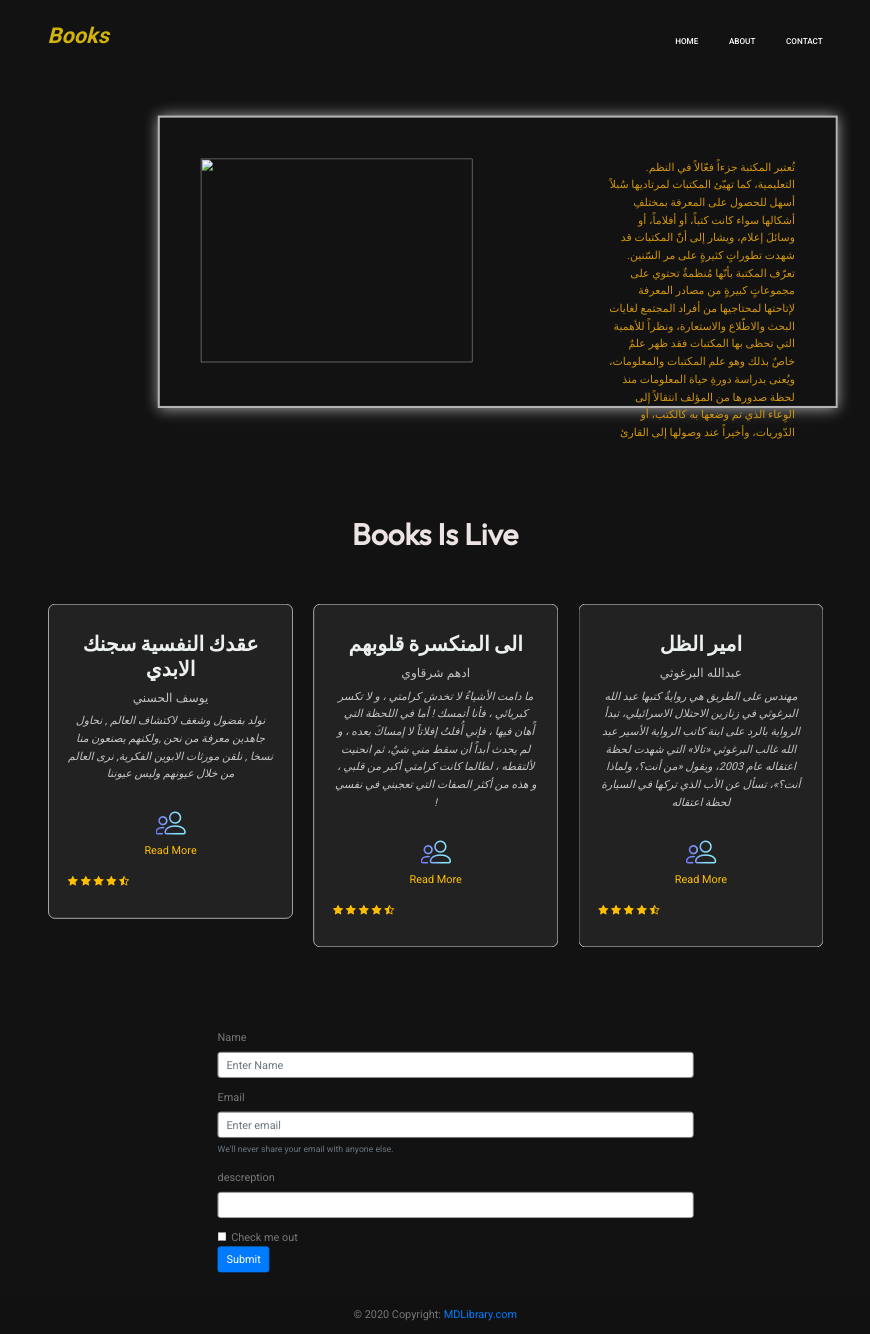
Repository: AlaaBashirSaijary/Library
Page: resources/views/pages/home.blade.php
An editor plug-in stored every save of this project. The page is shown before and after the next save, followed by the edit.
The browser window is 1280 px wide. The pictures show the whole page, at 68% of full size.
Some web fonts or font styles are not loaded; a fallback is used. The page is served by the project's Laravel application, run on PHP 8.4 with Laravel 10. Other server files are loaded and not shown. The template is opened directly, without the code that normally fills it, so the values that code supplies are empty.

Above is the page before, as saved 2023-12-26 11:16:53.

### routes/web.php
<?php

use Illuminate\Support\Facades\Route;
use App\Http\Controllers\CategoryController;
/*
|--------------------------------------------------------------------------
| Web Routes
|--------------------------------------------------------------------------
|
| Here is where you can register web routes for your application. These
| routes are loaded by the RouteServiceProvider and all of them will
| be assigned to the "web" middleware group. Make something great!
|
*/

Route::get('/', function () {
    return view('welcome');
});
Route::get('/home', function () {
    return view('pages.home');
});


Route::get(
    '/cat',
    [CategoryController::class, 'index']
);

### resources/views/pages/home.blade.php
@extends("master.app")

@section("content")
<br><br><br><br><br>
<section style=" padding: 40px; margin-left: 15%; " >
    <div style="border: rgb(182, 180, 180) solid; width: 1000px; height: 430px; display: flex; padding: 60px;  box-shadow: 1px 1px 20px rgb(171, 168, 168);">
      <img src="/Responsive-Portfolio-master/img/janko-ferlic-sfL_QOnmy00-unsplash.jpg" alt=""  height = "300px" width="400px" >
       <div style="height: 200px; width: 300px; margin-left: 200px; text-align: right;">
          <p style="color: rgb(209, 150, 11);" >.تُعتبر المكتبة جزءاً فعّالاً في النظم التعليمية، كما تهيّئ المكتبات لمرتاديها سُبلاً أسهل للحصول على المعرفة بمختلفِ أشكالها سواء كانت كتباً، أو أفلاماً، أو وسائلَ إعلام، ويشار إلى أنّ المكتبات قد شهدت تطوراتٍ كثيرةٍ على مر السّنين. تعرّف المكتبة بأنّها مُنظمةٌ تحتوي على مجموعاتٍ كبيرةٍ من مصادر المعرفة لإتاحتها لمحتاجيها من أفراد المجتمع لغايات البحث والاطّلاع والاستعارة، ونظراً للأهمية التي تحظى بها المكتبات فقد ظهر علمٌ خاصٌ بذلك وهو علم المكتبات والمعلومات، ويُعنى بدراسة دورةِ حياة المعلومات منذ لحظة صدورها من المؤلف انتقالاً إلى الوِعاء الذي تم وضعها به كالكتب، أو الدّوريات، وأخيراً عند وصولها إلى القارئ</p>

        </div>
    </div>
</section>


<!--================Testimonials Area =================-->
<div id="a"></div>
<section class="testimonials_area p_120">
    <div class="container">

        <div class="main_title">
             <h1> Books is live  </h1>

        </div>
         <div class="testi_inner">
            <div class="testi_slider owl-carousel">
                <div class="item">
                    <div class="testi_item">
                        <h3>اربعون 40</h3>  <h4>احمد الشقيري</h4>  <p><br> الله لا يريد منا الكمال،، ولكنه يريد منا السعي المستمر نحوه.
                             ألخص في هذا الكتاب رحلتي عبر ٤٠ عاما في هذه الدنيا. رحلة الصراع ومحاولة الترقي المستمر بحثاً عن السلام الداخلي. لا أدّعي أني وصلت.فالمشوار ما زال طويل .</p>


                                <div class="wel_item1">
                                    <i class="lnr lnr-users"></i>
                                    <br>
                                    <a href="/40.html">Read More</a>
                                </div>
                        <a href="#"><i class="fa fa-star"></i></a>
                        <a href="#"><i class="fa fa-star"></i></a>
                        <a href="#"><i class="fa fa-star"></i></a>
                        <a href="#"><i class="fa fa-star"></i></a>
                        <a href="#"><i class="fa fa-star-half-o"></i></a>
                    </div>
                </div>


                <div class="item">
                    <div class="testi_item">
                        <h3>عقدك النفسية سجنك الابدي</h3>
                        <h4>يوسف الحسني</h4>
                        <p> نولد بفضول وشغف لاكتشاف العالم , نحاول جاهدين معرفة من نحن ,ولكنهم يصنعون منا نسخا , نلقن مورثات الابوين الفكرية, نرى العالم من خلال عيونهم وليس عيوننا</p>



                            <div class="wel_item1">
                                <i class="lnr lnr-users"></i>
                                <br>
                                <a href="/nafsy.html">Read More </a>
                            </div>

                        <a href="#"><i class="fa fa-star"></i></a>
                        <a href="#"><i class="fa fa-star"></i></a>
                        <a href="#"><i class="fa fa-star"></i></a>
                        <a href="#"><i class="fa fa-star"></i></a>
                        <a href="#"><i class="fa fa-star-half-o"></i></a>
                    </div>
                </div>

                <div class="item">
                    <div class="testi_item">
                        <h3>الى المنكسرة قلوبهم </h3>
                        <h4>ادهم شرقاوي</h4>
                        <p>ما دامت الأشياءُ لا تخدش كرامتي ، و لا تكسر كبريائي ، فأنا أتمسك ! أما في اللحظة التي أًهان فيها ، فإني أُفلتُ إفلاتاً لا إمساكَ بعده ، و لم يحدث أبداً أن سقط مني شيٌ، ثم انحنيت لألتقطه ، لطالما كانت كرامتي أكبر من قلبي ، و هذه من أكثر الصفات التي تعجبني في نفسي !</p>



                            <div class="wel_item1">
                                <i class="lnr lnr-users"></i>
                                <br>
                                <a href="/monksr.html">Read More</a>
                            </div>

                        <a href="#"><i class="fa fa-star"></i></a>
                        <a href="#"><i class="fa fa-star"></i></a>
                        <a href="#"><i class="fa fa-star"></i></a>
                        <a href="#"><i class="fa fa-star"></i></a>
                        <a href="#"><i class="fa fa-star-half-o"></i></a>
                    </div>
                </div>

                <div class="item">
                    <div class="testi_item">
                        <h3>امير الظل</h3>
                        <h4>عبدالله البرغوثي</h4>
                        <p>  مهندس على الطريق هي روايةٌ كتبها عبد الله البرغوثي في زنازين الاحتلال الاسرائيلي، تبدأ الرواية بالرد على ابنة كاتب الرواية الأسير عبد الله غالب البرغوثي «تالا» التي شهدت لحظة اعتقاله عام 2003، ويقول «من أنت؟، ولماذا أنت؟»، تسأل عن الأب الذي تركها في السيارة لحظة اعتقاله</p>



                            <div class="wel_item1">
                                <i class="lnr lnr-users"></i>
                                <br>
                                <a href="/amir.html">Read More</a>
                            </div>

                        <a href="#"><i class="fa fa-star"></i></a>
                        <a href="#"><i class="fa fa-star"></i></a>
                        <a href="#"><i class="fa fa-star"></i></a>
                        <a href="#"><i class="fa fa-star"></i></a>
                        <a href="#"><i class="fa fa-star-half-o"></i></a>
                    </div>
                </div>


            </div>
        </div>
    </div>
</section>
<!--================End Testimonials Area =================-->

<div id="b"></div>
<form style="width: 700px; margin-left: 25%;">

    <div class="form-group">
      <label for="exampleInputPassword1">Name</label>
      <input type="text" class="form-control" id="exampleInputPassword1" placeholder="Enter Name">
    </div>
    <div class="form-group">
        <label for="exampleInputEmail1">Email</label>
        <input type="email" class="form-control" id="exampleInputEmail1" aria-describedby="emailHelp" placeholder="Enter email">
        <small id="emailHelp" class="form-text text-muted">We'll never share your email with anyone else.</small>
      </div>
      <div class="form-group">
        <label for="exampleInputPassword1">descreption</label>
        <input type="text" class="form-control" id="exampleInputPassword1" placeholder="">
      </div>
    <div class="form-check">
      <input type="checkbox" class="form-check-input" id="exampleCheck1">
      <label class="form-check-label" for="exampleCheck1">Check me out</label>
    </div>

    <button type="submit" class="btn btn-primary">Submit</button>
  </form>


<hr>

@endsection

### resources/views/master/app.blade.php
<!doctype html>
<html lang="en">
    <head>


		<!-- Global site tag (gtag.js) - Google Analytics -->
	<script async src="https://www.googletagmanager.com/gtag/js?id=UA-171620673-1"></script>
	<script>
 	 window.dataLayer = window.dataLayer || [];
 	 function gtag(){dataLayer.push(arguments);}
 	 gtag('js', new Date());

 	 gtag('config', 'UA-171620673-1');
	</script>

        <!-- Required meta tags -->
        <meta charset="utf-8">
        <meta name="viewport" content="width=device-width, initial-scale=1, shrink-to-fit=no">
        <link rel="icon" href="img/favicon.png" type="image/png">
        <title>books</title>

		<meta name="description" content="Hemant Joshi A Full Stack Developer Who Loves To Build With JavaScript">
		<meta property="og:title" content="About Hemant Joshi"/>
		<meta property="og:url" content="https://hemant.codes/" />
		<meta property="og:description" content="About Hemant Joshi A Full Stack Web Developer">
		<meta property="og:image" content="/image.png"/>
		<meta property="og:type" content=”Portfolio” />

        <link rel="stylesheet" href="css/bootstrap.css">
        <link rel="stylesheet" href="vendors/linericon/style.css">
        <link rel="stylesheet" href="css/font-awesome.min.css">
        <link rel="stylesheet" href="vendors/owl-carousel/owl.carousel.min.css">
        <link rel="stylesheet" href="vendors/lightbox/simpleLightbox.css">
        <link rel="stylesheet" href="vendors/nice-select/css/nice-select.css">
        <link rel="stylesheet" href="vendors/animate-css/animate.css">
        <link rel="stylesheet" href="vendors/popup/magnific-popup.css">
        <link rel="stylesheet" href="css/style.css">
        <link rel="stylesheet" type="text/css" href="css/fonts.css">
		<link rel="stylesheet" href="css/responsive.css">

    </head>
    <body>

        <!--================Header Menu Area =================-->

        <!--================Header Menu Area =================-->


        @include("master.header")
        @yield("content")
        @include("master.footer")
		<!--================start footer =================-->


        	<!--================end footer =================-->



        <!-- Optional JavaScript -->
        <!-- jQuery first, then Popper.js, then Bootstrap JS -->
        <script src='{{ asset("js/jquery-3.3.1.min.js") }}'></script>
        <script src='{{ asset("js/popper.js") }}'></script>
        <script src='{{ asset("js/bootstrap.min.js") }}'></script>
        <script src='{{ asset("js/stellar.js") }}'></script>
        <script src='{{ asset("vendors/lightbox/simpleLightbox.min.js") }}'></script>
        <script src='{{ asset("vendors/nice-select/js/jquery.nice-select.min.js") }}'></script>
        <script src='{{ asset("vendors/isotope/imagesloaded.pkgd.min.js") }}'></script>
        <script src='{{ asset("vendors/isotope/isotope.pkgd.min.js") }}'></script>
        <script src='{{ asset("vendors/owl-carousel/owl.carousel.min.js") }}'></script>
        <script src='{{ asset("vendors/popup/jquery.magnific-popup.min.js") }}'></script>
        <!-- <script src="js/jquery.ajaxchimp.min.js"></script> -->
        <!-- <script src="vendors/counter-up/jquery.waypoints.min.js"></script>
        <script src="vendors/counter-up/jquery.counterup.min.js"></script> -->
        <!-- <script src="js/mail-script.js"></script> -->
        <script src="js/theme.js"></script>
    </body>
</html>

### resources/views/master/header.blade.php
<header class="header_area">
    <div class="main_menu">
        <nav class="navbar navbar-expand-lg navbar-light">
            <div class="container box_1620">
                <!-- Brand and toggle get grouped for better mobile display -->
                <p style="font-size:xx-large; color: rgb(209, 179, 11); font-weight: bolder;"><i>Books</i></p>
                <button class="navbar-toggler" type="button" data-toggle="collapse" data-target="#navbarSupportedContent" aria-controls="navbarSupportedContent" aria-expanded="false" aria-label="Toggle navigation">
                    <span class="icon-bar"></span>
                    <span class="icon-bar"></span>
                    <span class="icon-bar"></span>
                </button>
                <!-- Collect the nav links, forms, and other content for toggling -->
                <div class="collapse navbar-collapse offset" id="navbarSupportedContent">
                    <ul class="nav navbar-nav menu_nav ml-auto">
                        <li class="nav-item active"><a class="nav-link" href="#">Home</a></li>
                        <li class="nav-item"><a class="nav-link" href="#a">About</a></li>
                        <li class="nav-item"><a class="nav-link" href="#b">Contact</a></li>
                    </ul>
                </div>
            </div>
        </nav>
    </div>
</header>

### resources/views/master/footer.blade.php
<footer>
    <div class="text-center p-3" style="background-color: rgba(0, 0, 0, 0.05);">
        © 2020 Copyright:
        <a class="text-reset fw-bold" href="https://mdbootstrap.com/">MDLibrary.com</a>
      </div>
</footer>

Loaded but not shown: public/css/bootstrap.css (library); public/vendors/linericon/style.css (library); public/css/font-awesome.min.css (library); public/vendors/owl-carousel/owl.carousel.min.css (common file); public/vendors/lightbox/simpleLightbox.css (library); public/vendors/nice-select/css/nice-select.css (library); public/vendors/animate-css/animate.css (library); public/vendors/popup/magnific-popup.css (library); public/css/fonts.css (common file); public/js/jquery-3.3.1.min.js (library); public/js/popper.js (library); public/js/bootstrap.min.js (library); public/js/stellar.js (library); public/vendors/lightbox/simpleLightbox.min.js (library); public/vendors/nice-select/js/jquery.nice-select.min.js (common file); public/vendors/isotope/imagesloaded.pkgd.min.js (library); public/vendors/isotope/isotope.pkgd.min.js (library); public/vendors/owl-carousel/owl.carousel.min.js (library); public/vendors/popup/jquery.magnific-popup.min.js (library); public/js/theme.js (419 lines, source omitted); public/css/style.css (3278 lines, source omitted); public/css/responsive.css (442 lines, source omitted)

After the next save:
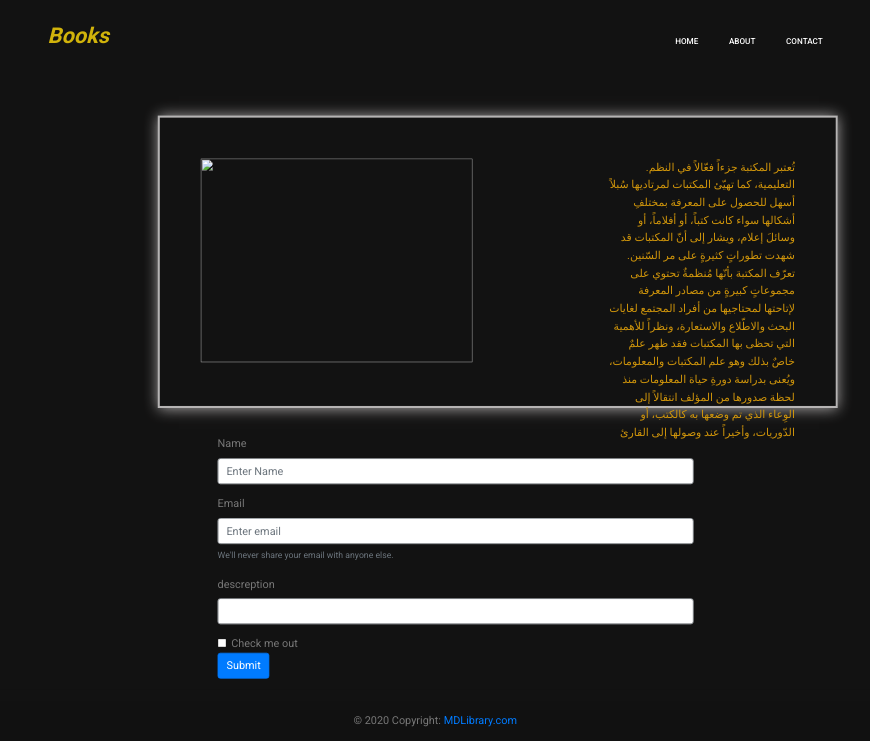
Saved 17 s later.
--- a/resources/views/pages/home.blade.php
+++ b/resources/views/pages/home.blade.php
@@ -14,107 +14,7 @@
 
 
 <!--================Testimonials Area =================-->
-<div id="a"></div>
-<section class="testimonials_area p_120">
-    <div class="container">
 
-        <div class="main_title">
-             <h1> Books is live  </h1>
-
-        </div>
-         <div class="testi_inner">
-            <div class="testi_slider owl-carousel">
-                <div class="item">
-                    <div class="testi_item">
-                        <h3>اربعون 40</h3>  <h4>احمد الشقيري</h4>  <p><br> الله لا يريد منا الكمال،، ولكنه يريد منا السعي المستمر نحوه.
-                             ألخص في هذا الكتاب رحلتي عبر ٤٠ عاما في هذه الدنيا. رحلة الصراع ومحاولة الترقي المستمر بحثاً عن السلام الداخلي. لا أدّعي أني وصلت.فالمشوار ما زال طويل .</p>
-
-
-                                <div class="wel_item1">
-                                    <i class="lnr lnr-users"></i>
-                                    <br>
-                                    <a href="/40.html">Read More</a>
-                                </div>
-                        <a href="#"><i class="fa fa-star"></i></a>
-                        <a href="#"><i class="fa fa-star"></i></a>
-                        <a href="#"><i class="fa fa-star"></i></a>
-                        <a href="#"><i class="fa fa-star"></i></a>
-                        <a href="#"><i class="fa fa-star-half-o"></i></a>
-                    </div>
-                </div>
-
-
-                <div class="item">
-                    <div class="testi_item">
-                        <h3>عقدك النفسية سجنك الابدي</h3>
-                        <h4>يوسف الحسني</h4>
-                        <p> نولد بفضول وشغف لاكتشاف العالم , نحاول جاهدين معرفة من نحن ,ولكنهم يصنعون منا نسخا , نلقن مورثات الابوين الفكرية, نرى العالم من خلال عيونهم وليس عيوننا</p>
-
-
-
-                            <div class="wel_item1">
-                                <i class="lnr lnr-users"></i>
-                                <br>
-                                <a href="/nafsy.html">Read More </a>
-                            </div>
-
-                        <a href="#"><i class="fa fa-star"></i></a>
-                        <a href="#"><i class="fa fa-star"></i></a>
-                        <a href="#"><i class="fa fa-star"></i></a>
-                        <a href="#"><i class="fa fa-star"></i></a>
-                        <a href="#"><i class="fa fa-star-half-o"></i></a>
-                    </div>
-                </div>
-
-                <div class="item">
-                    <div class="testi_item">
-                        <h3>الى المنكسرة قلوبهم </h3>
-                        <h4>ادهم شرقاوي</h4>
-                        <p>ما دامت الأشياءُ لا تخدش كرامتي ، و لا تكسر كبريائي ، فأنا أتمسك ! أما في اللحظة التي أًهان فيها ، فإني أُفلتُ إفلاتاً لا إمساكَ بعده ، و لم يحدث أبداً أن سقط مني شيٌ، ثم انحنيت لألتقطه ، لطالما كانت كرامتي أكبر من قلبي ، و هذه من أكثر الصفات التي تعجبني في نفسي !</p>
-
-
-
-                            <div class="wel_item1">
-                                <i class="lnr lnr-users"></i>
-                                <br>
-                                <a href="/monksr.html">Read More</a>
-                            </div>
-
-                        <a href="#"><i class="fa fa-star"></i></a>
-                        <a href="#"><i class="fa fa-star"></i></a>
-                        <a href="#"><i class="fa fa-star"></i></a>
-                        <a href="#"><i class="fa fa-star"></i></a>
-                        <a href="#"><i class="fa fa-star-half-o"></i></a>
-                    </div>
-                </div>
-
-                <div class="item">
-                    <div class="testi_item">
-                        <h3>امير الظل</h3>
-                        <h4>عبدالله البرغوثي</h4>
-                        <p>  مهندس على الطريق هي روايةٌ كتبها عبد الله البرغوثي في زنازين الاحتلال الاسرائيلي، تبدأ الرواية بالرد على ابنة كاتب الرواية الأسير عبد الله غالب البرغوثي «تالا» التي شهدت لحظة اعتقاله عام 2003، ويقول «من أنت؟، ولماذا أنت؟»، تسأل عن الأب الذي تركها في السيارة لحظة اعتقاله</p>
-
-
-
-                            <div class="wel_item1">
-                                <i class="lnr lnr-users"></i>
-                                <br>
-                                <a href="/amir.html">Read More</a>
-                            </div>
-
-                        <a href="#"><i class="fa fa-star"></i></a>
-                        <a href="#"><i class="fa fa-star"></i></a>
-                        <a href="#"><i class="fa fa-star"></i></a>
-                        <a href="#"><i class="fa fa-star"></i></a>
-                        <a href="#"><i class="fa fa-star-half-o"></i></a>
-                    </div>
-                </div>
-
-
-            </div>
-        </div>
-    </div>
-</section>
 <!--================End Testimonials Area =================-->
 
 <div id="b"></div>
